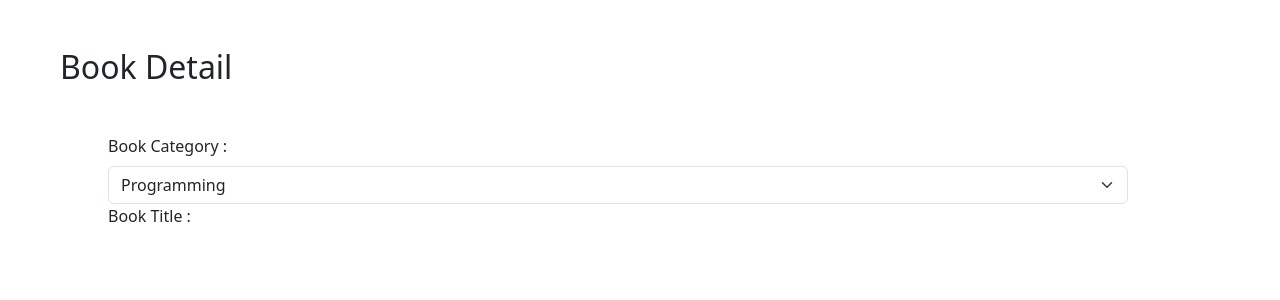
Repository: nyeinsu4520/coursera-test
Page: J2P_J2EE/src/main/webapp/bookOrderForm.html
The author's editor kept a copy of each file at every save. The page is drawn from the files as they stood at one save, then again after the next save.
The browser window is 1280 px wide. The pictures show the whole page.

Above is the page before, as saved 2024-05-27 13:40:41.

After the next save:
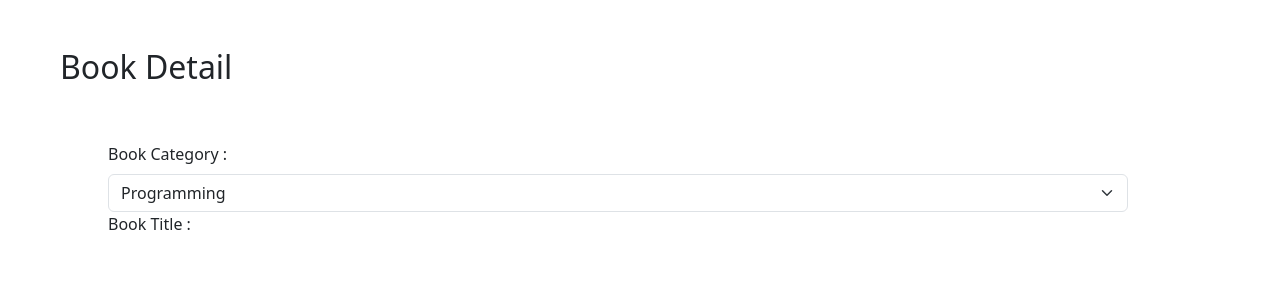
Saved 5 s later.
--- a/J2P_J2EE/src/main/webapp/bookOrderForm.html
+++ b/J2P_J2EE/src/main/webapp/bookOrderForm.html
@@ -10,7 +10,7 @@
 <body>
 	<div class="container m-5">
 	<h2>Book Detail</h2>
-	<form action="" method="" class="m-5">
+	<form action="" method="" class="p-5">
 		<label for="bookcategory" class="form-label">Book Category : </label>
             <select class="form-select" id="bookcategory" name="bookcategory">
                 <option value="programming">Programming</option>
